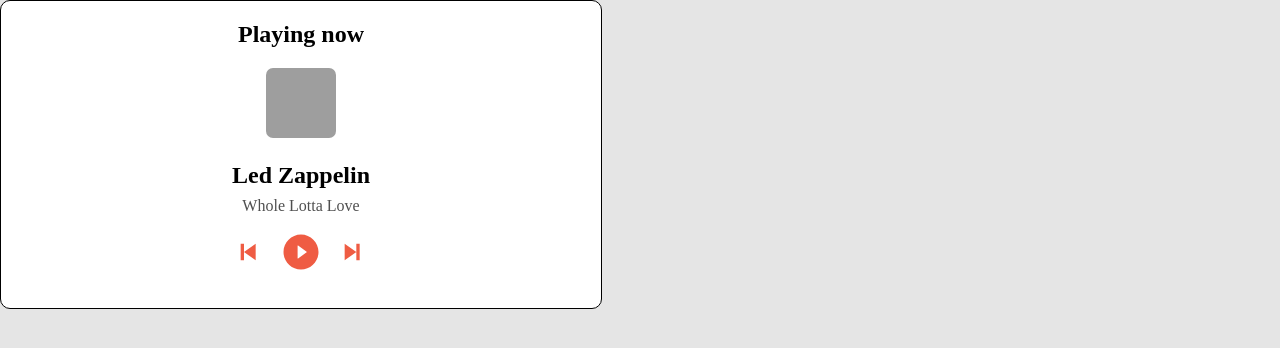
Repository: Sxcram02/playlist
Page: /
An editor plug-in stored every save of this project. The page is shown before and after the next save, followed by the edit.
The browser window is 1280 px wide. The pictures show the whole page.
Pictures or frames that could not be fetched are drawn as grey boxes. The page's requests for data from a server got no answer. The project was rebuilt for these pictures with package versions that can differ from the ones it lists, and the page was loaded fresh each time. No one was signed in, and anything a server would have sent is missing.

Above is the page before, as saved 2023-02-23 16:48:53.

After the next save:
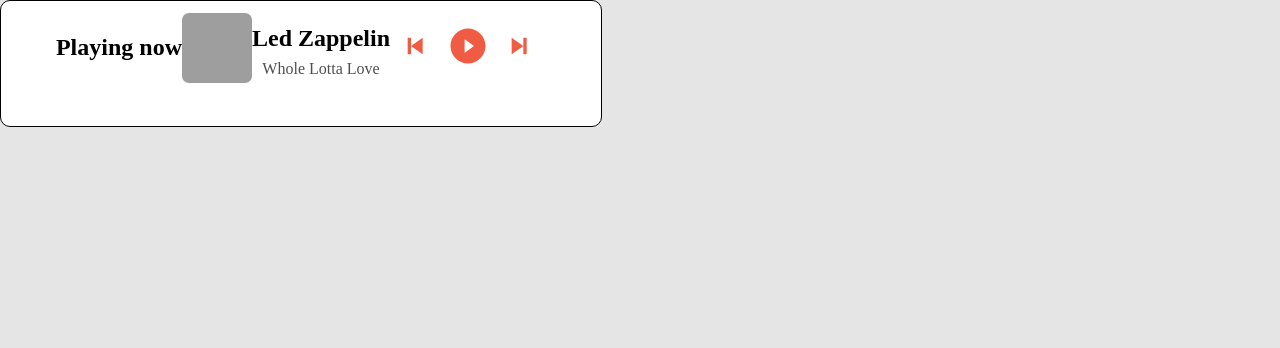
Saved 17 s later.
--- a/src/App.css
+++ b/src/App.css
@@ -7,7 +7,7 @@
     border: 0.1px solid black;
     border-radius: 10px;
     display: flex;
-    flex-direction: column !important;
+
     align-items: center;
     justify-content: center;
 }
